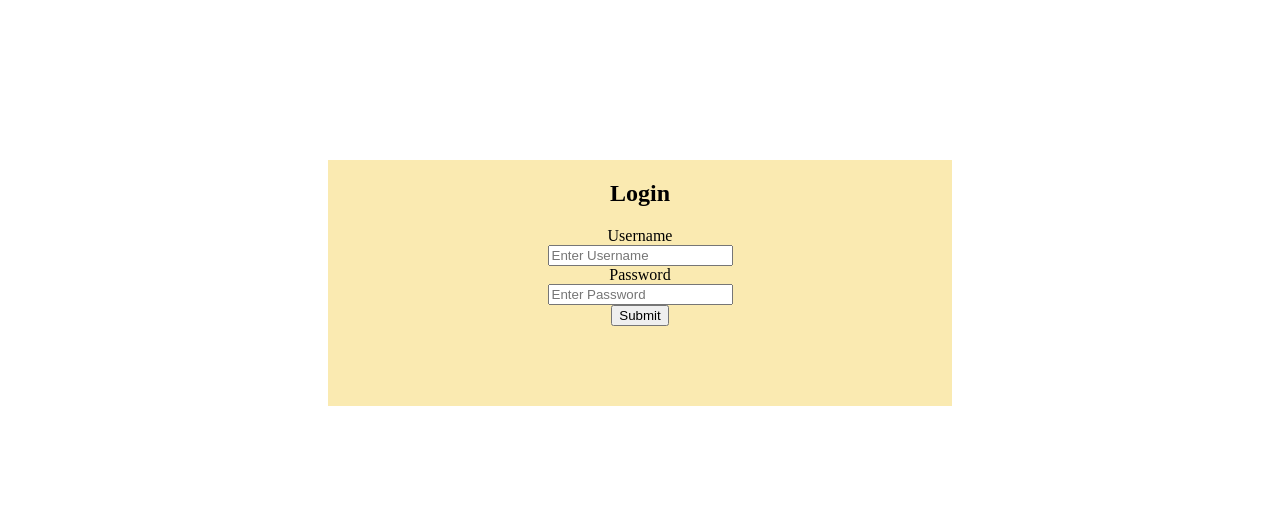
Repository: Shivamkr522/Contact_Us_Page
Page: http://localhost/ContactUs/login.jsp
An editor plug-in stored every save of this project. The page is shown before and after the next save, followed by the edit.
The browser window is 1280 px wide. The pictures show the whole page.
The page is served by Tomcat 9.

Above is the page before, as saved 2022-12-11 13:13:11.

After the next save:
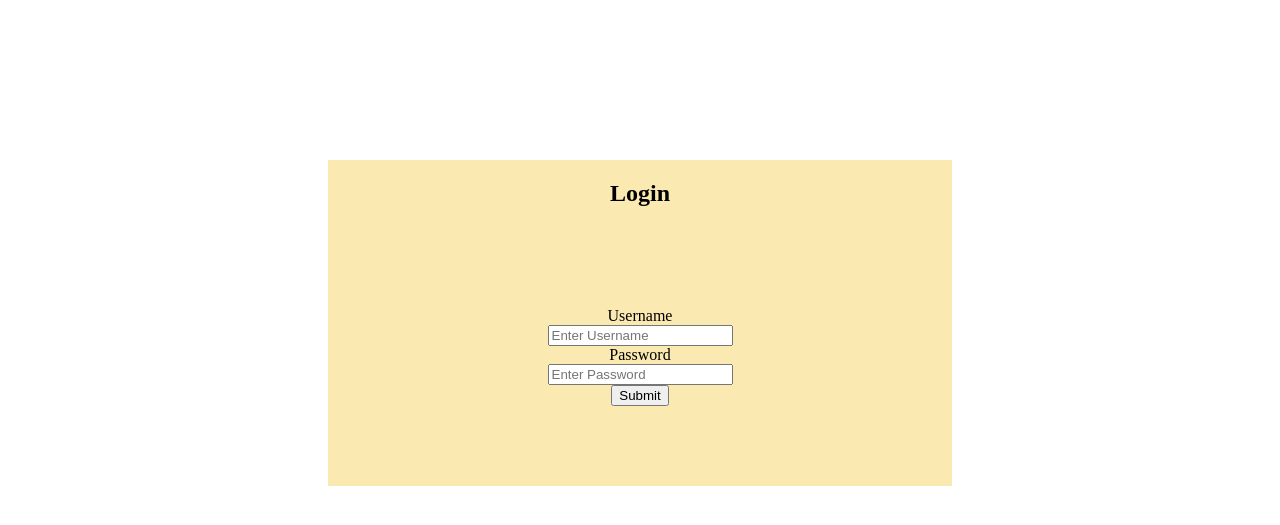
Saved 25 s later.
--- a/ContactUs/src/main/webapp/login.css
+++ b/ContactUs/src/main/webapp/login.css
@@ -7,7 +7,7 @@ h2{
 
 form{
 	text-align: center;
-	padding-bottom: 5rem;
+	padding: 5rem 0;
 }
 
 #login-box{
